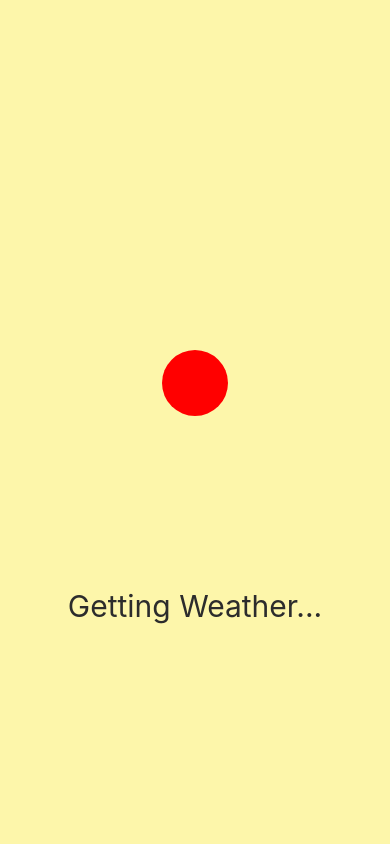
Repository: Exchallenger/Weather-app
Screen: /
The author's editor kept a copy of each file at every save. The screen is drawn from the files as they stood at one save, then again after the next save.
The app was drawn by React Native's web renderer in a window 390 px wide. The project was rebuilt for these pictures with package versions that can differ from the ones it lists, and the page was loaded fresh each time. Also part of the build but not shown: weather.js.

Above is the screen before, as saved 2021-01-15 15:29:07.

After the next save:
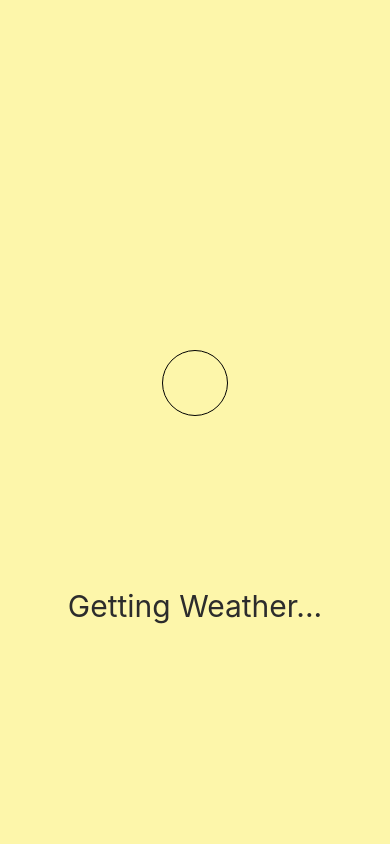
Saved 28 s later.
--- a/loading.js
+++ b/loading.js
@@ -33,7 +33,7 @@ const styles = StyleSheet.create({
         top:350,
         height:66,
         width:66,
-        backgroundColor:'red',
+        border:"1px solid black",
         borderRadius:50,
     }
 });
